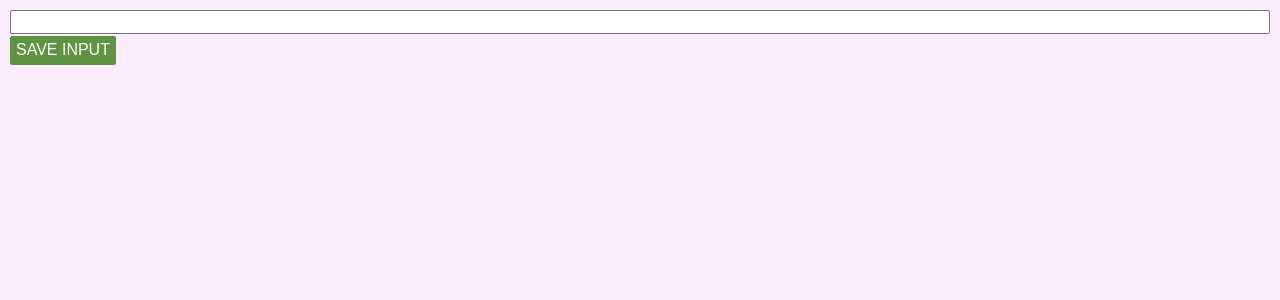
Repository: jt010051/chromeExtension
Page: index.html
An editor plug-in stored every save of this project. The page is shown before and after the next save, followed by the edit.
The browser window is 1280 px wide. The pictures show the whole page.

Above is the page before, as saved 2022-02-27 17:14:17.
Not found: index.js

### index.html
<html>
    <head><link rel="stylesheet" href="https://cdnjs.cloudflare.com/ajax/libs/normalize/8.0.1/normalize.css">
        <link rel="stylesheet" href="index.css">
    </head>
    <body>
        <input type="text" id="input-el">
        <button id="input-btn">SAVE INPUT</button>
        <script src="index.js"></script>
    </body>
</html>

### index.css
body {
    margin: 0;
    padding: 10px;
    font-family: Arial, Helvetica, sans-serif;
background-color: rgb(250, 236, 250);}




input {
    width: 100%;
    padding-left: 10px;
    padding-right: 10px;
    color: #5f9341;
    box-sizing: border-box;
}

button {
   background-color: #5f9341;
   color: white;
   padding-top: 5px;
    padding-bottom: 5px;
    font-weight: lighter;
    border: none;
    border-radius: 2px;
    margin-bottom: 2px;
    margin-top: 2px;
}

After the next save:
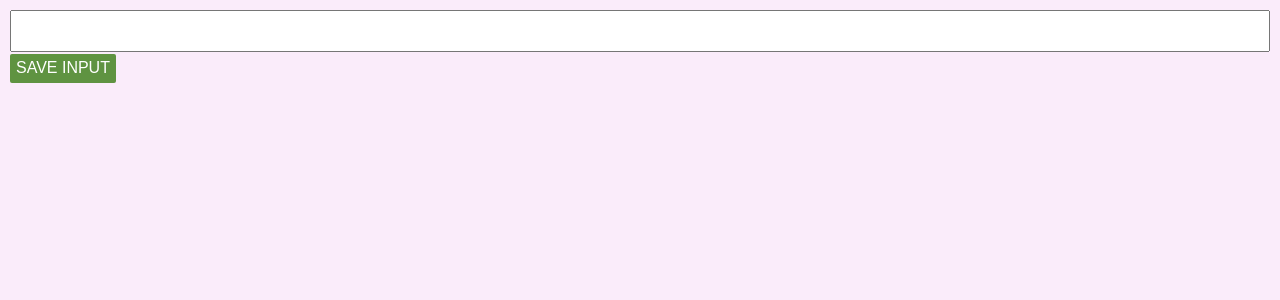
Saved 51 s later.
--- a/index.css
+++ b/index.css
@@ -11,6 +11,8 @@ input {
     width: 100%;
     padding-left: 10px;
     padding-right: 10px;
+    padding-bottom: 10px;
+    padding-top: 10px;
     color: #5f9341;
     box-sizing: border-box;
 }
